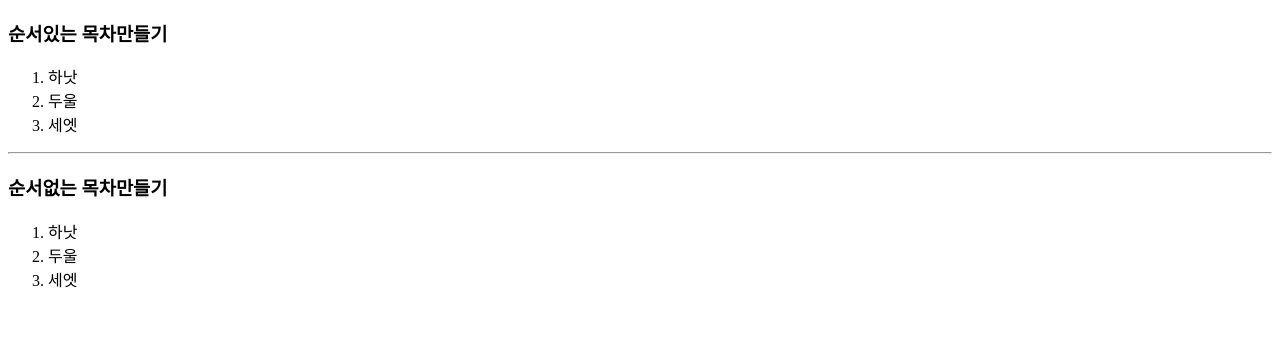
Repository: JeongHyeongKim/practice_myself
Page: Si_basic/WebProject/setp01_HTMLCS/WebContent/HTML/ex04_ul_ol.html
The author's editor kept a copy of each file at every save. The page is drawn from the files as they stood at one save, then again after the next save.
The browser window is 1280 px wide. The pictures show the whole page.

Above is the page before, as saved 2019-04-22 05:05:44.

### Si_basic/WebProject/setp01_HTMLCS/WebContent/HTML/ex04_ul_ol.html
<!DOCTYPE html>
<html>
<head>
	<meta charset="UTF-8">
	<title>Insert title here</title>
</head>
	<body>
		<h3>순서있는 목차만들기</h3>
		<ol>
			<li>하낫</li>
			<li>두울</li>
			<li>세엣</li>
		</ol>
		<hr>
		<h3>순서없는 목차만들기</h3>
		<ol>
			<li>하낫</li>
			<li>두울</li>
			<li>세엣</li>
		</ol>
	</body>
</html>

After the next save:
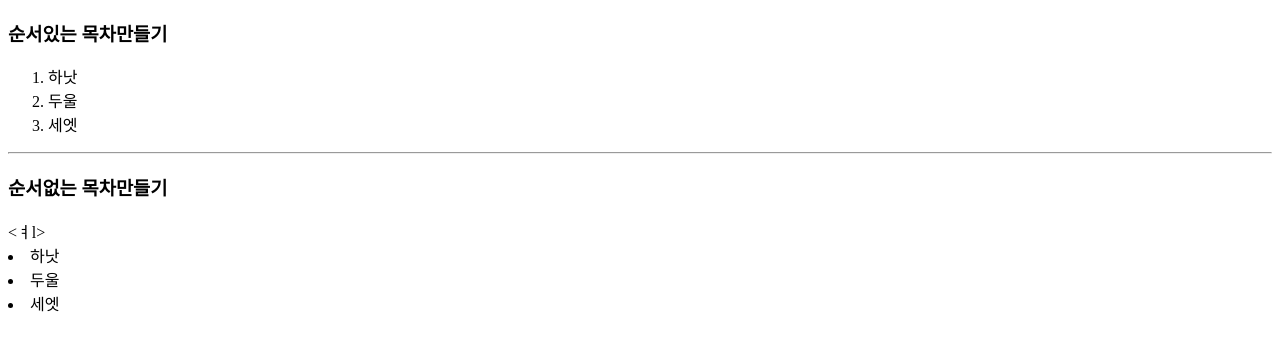
Saved 12 s later.
--- a/Si_basic/WebProject/setp01_HTMLCS/WebContent/HTML/ex04_ul_ol.html
+++ b/Si_basic/WebProject/setp01_HTMLCS/WebContent/HTML/ex04_ul_ol.html
@@ -13,10 +13,10 @@
 		</ol>
 		<hr>
 		<h3>순서없는 목차만들기</h3>
-		<ol>
+		<ㅕl>
 			<li>하낫</li>
 			<li>두울</li>
 			<li>세엣</li>
-		</ol>
+		</ㅕl>
 	</body>
 </html>
